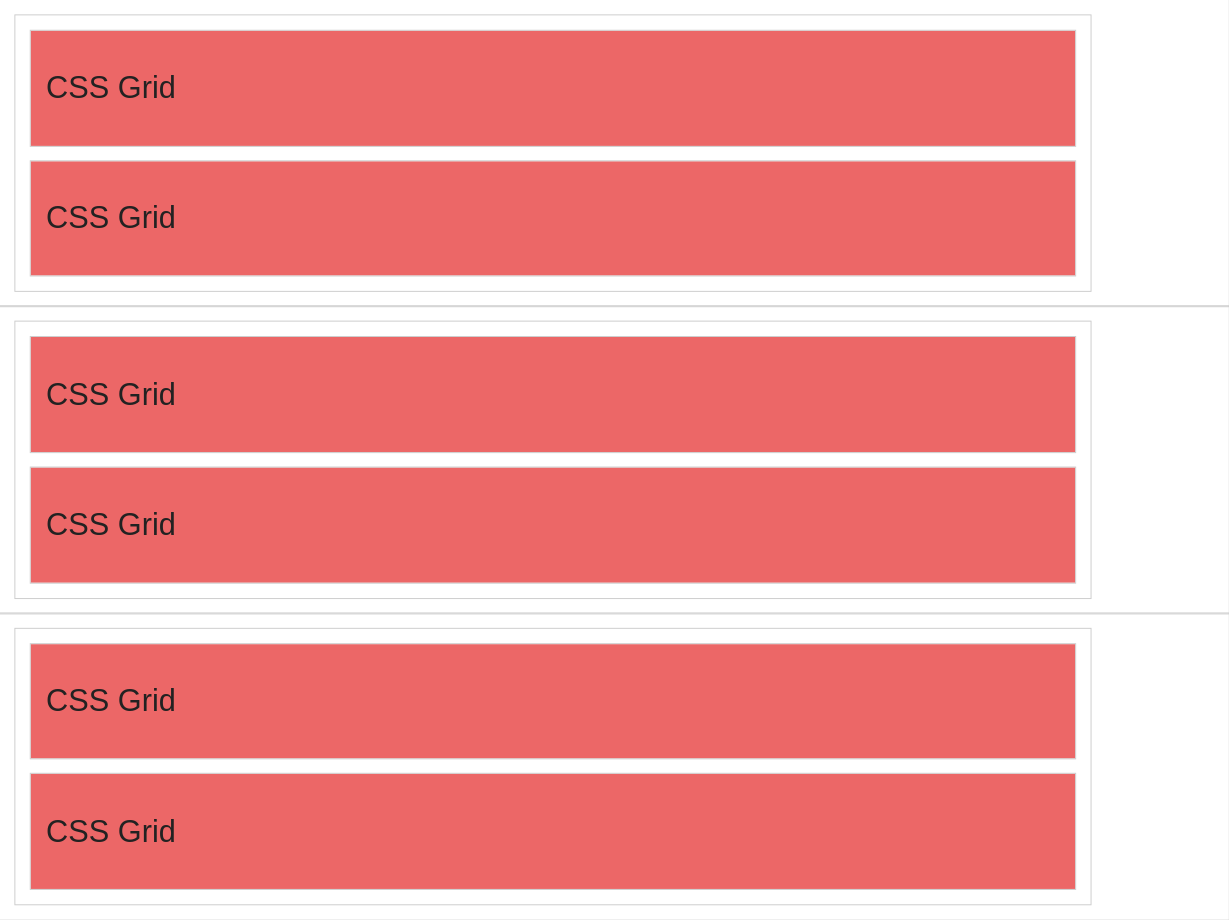
Repository: anoncoderin/madhu_kushal_html_layout
Page: metrosite_week4hw/index.html
An editor plug-in stored every save of this project. The page is shown before and after a run of saves, followed by the edit.
The browser window is 1280 px wide. The pictures show the whole page, at 96% of full size.

Above is the page before, as saved 2023-01-27 23:07:32.

After the next 3 saves:
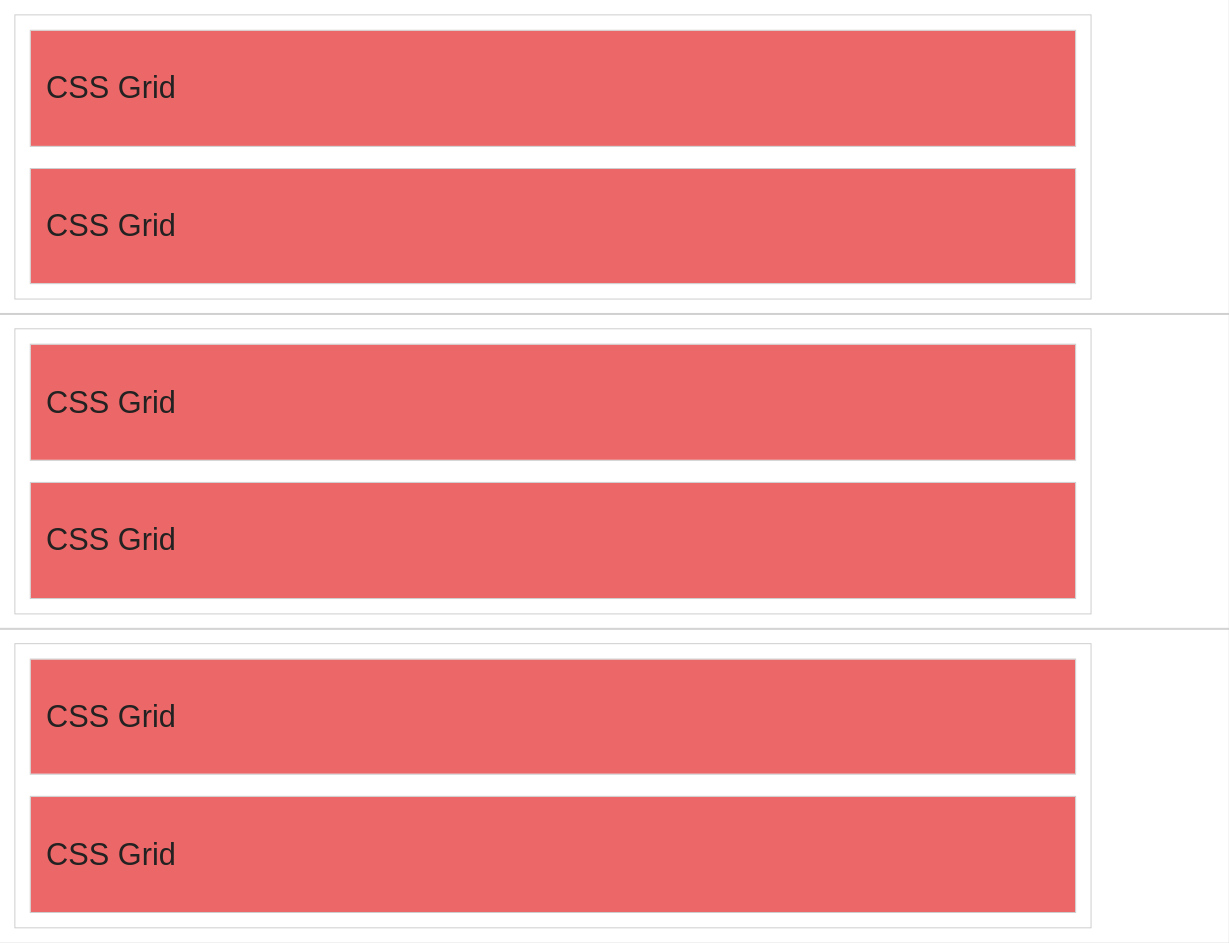
The 3 saves are shown as one change because they came seconds apart.
The last was saved 6 s later.
--- a/metrosite_week4hw/css/main.css
+++ b/metrosite_week4hw/css/main.css
@@ -88,7 +88,7 @@
   .row{
     max-width: 70rem;
     column-gap: 1.5rem;
-    row-gap: ;
+    row-gap: 1.5rem;
   }
 }
 /* Medium only */
